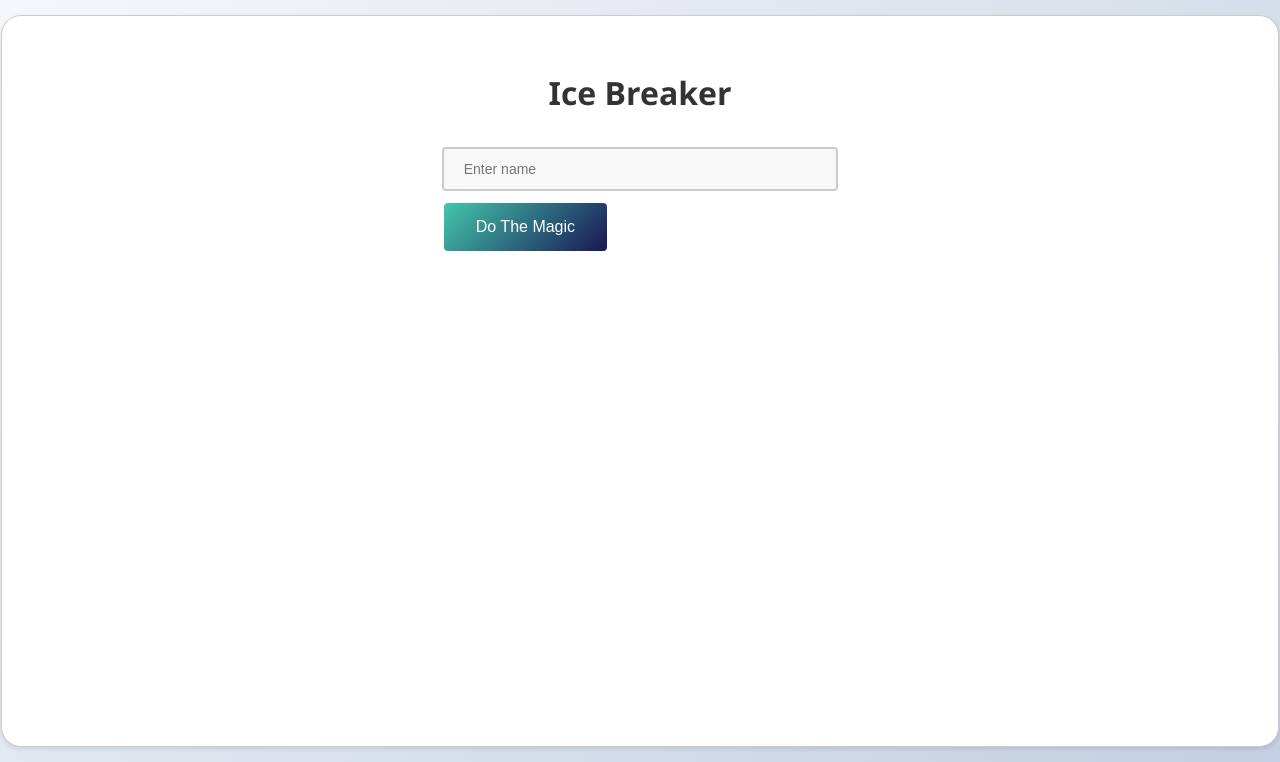
Repository: kunal02kb/Minor-Project-LangCahin
Page: http://localhost/
The author's editor kept a copy of each file at every save. The page is drawn from the files as they stood at one save, then again after the next save.
The browser window is 1280 px wide. The pictures show the whole page.
Some web libraries are served in a nearby version. The page is served by the project's application, run on Flask 3 (app.py). Other server files are loaded and not shown.

Above is the page before, as saved 2023-11-14 22:52:40.

### templates/index.html
<!DOCTYPE html>
<html lang="en">
  <head>
    <meta charset="UTF-8" />
    <meta name="viewport" content="width=device-width, initial-scale=1.0" />
    <link
      rel="stylesheet"
      href="{{ url_for('static', filename='css/style.css') }}"
    />
    <script src="https://code.jquery.com/jquery-3.6.0.min.js"></script>
    <title>Ice Breaker</title>
    <link
      rel="stylesheet"
      href="https://cdnjs.cloudflare.com/ajax/libs/font-awesome/6.1.0/css/all.min.css"
    />
    <div class="spinner-container" id="spinner-container" style="display: none">
      <i id="loading-spinner" class="fas fa-spinner fa-spin"></i>
    </div>
  </head>

  <body>
    <div class="border-box">
      <h1>Ice Breaker</h1>
      <form id="name-form">
        <input type="text" id="name" name="name" placeholder="Enter name" />
        <button id="magic-button" type="submit">Do The Magic</button>
      </form>
      <!-- <div id="result">
        <img src="templates\pic.png" alt="picture" />
        <h2>Summary</h2>
        <p id="summary-and-facts">
          Kunal Bansal is a Ninja Entrepreneur at Coding Ninjas. He is a fast
          learner and always ready for opportunities to test himself and prove
          his worth. He is currently pursuing his Bachelor of Technology in
          Computer Science from Maharaja Agrasen Institute Of Technology in New
          Delhi, India.
        </p>
        <h2>Interesting Facts</h2>
        <div id="interests">
          <ul>
            <li>Kunal Bansal is a 3-star coder on CodeChef.</li>
            <li>He has participated in the 30 Days of Google Cloud program.</li>
          </ul>
        </div>
        <h2>Ice Breakers</h2>
        <div id="ice-breakers">
          <ul>
            <li>
              Hi Kunal, I noticed that you're a Ninja Entrepreneur at Coding
              Ninjas. How has your experience been so far?
            </li>
            <li>
              Hey Kunal, I saw that you're a 3-star coder on CodeChef. That's
              impressive! How did you achieve that?
            </li>
          </ul>
        </div>
        <h2>Topics of Interest</h2>
        <div id="topics-of-interest">
          <ul>
            <li>Coding and programming</li>
            <li>Entrepreneurship</li>
          </ul>
        </div>
      </div> -->
      <!-- <div id="result" style="display: none;">
            <img id="profile-pic" src="" alt="Profile Picture" style="display: none; max-width: 100%; height: auto; border-radius: 50%; margin-bottom: 20px;">
            <h2>Summary</h2>
            <p id="summary-and-facts"></p>
            <h2>Interesting Facts</h2>
            <div id="interests"></div>
            <h2>Ice Breakers</h2>
            <div id="ice-breakers"></div>
            <h2>Topics of Interest</h2>
            <div id="topics-of-interest"></div>
        </div> -->
    </div>
    <script>
      $(document).ready(function () {
        $("#name-form").on("submit", function (e) {
          e.preventDefault();
          $("#spinner-container").show();
          $.ajax({
            url: "/process",
            data: $("#name-form").serialize(),
            type: "POST",
            success: function (response) {
              $("#profile-pic").attr("src", response.picture_url); // Update the profile picture src attribute
              $("#profile-pic").show(); // Show the profile picture
              $("#summary-and-facts").text(response.summary);
              $("#interests").html(
                "<ul>" +
                  response.facts
                    .map((fact) => "<li>" + fact + "</li>")
                    .join("") +
                  "</ul>"
              );
              $("#ice-breakers").html(
                "<ul>" +
                  response.ice_breakers
                    .map((ice_breaker) => "<li>" + ice_breaker + "</li>")
                    .join("") +
                  "</ul>"
              );
              $("#topics-of-interest").html(
                "<ul>" +
                  response.interests
                    .map((topic) => "<li>" + topic + "</li>")
                    .join("") +
                  "</ul>"
              );
              $("#result").show();
            },
            error: function (error) {
              console.log(error);
            },
            complete: function () {
              $("#spinner-container").hide();
            },
          });
        });
      });
    </script>
  </body>
</html>

### app.py
from flask import Flask, render_template, request, jsonify
from ice_breaker import ice_break

app = Flask(__name__)


@app.route("/")
def index():
    return render_template("index.html")


@app.route("/process", methods=["POST"])
def process():
    name = request.form["name"]
    person_info, profile_pic_url = ice_break(name=name)

    # print(person_info.summary)
    # print( person_info.topic_of_interest)
    # print( person_info.facts)
    # print( person_info.ice_breaker)
    # print(profile_pic_url)

    return jsonify(
        {
            "summary": person_info.summary,
            "interests": person_info.topic_of_interest,
            "facts": person_info.facts,
            "ice_breakers": person_info.ice_breaker,
            "picture_url": profile_pic_url,
        }
    )


if __name__ == "__main__":
    app.run(host="0.0.0.0", debug=True)

### static/css/style.css
.navbar {
    transition: all 0.4s;
}

.navbar .nav-link {
    color: #fff;
}

.navbar .nav-link:hover,
.navbar .nav-link:focus {
    color: #fff;
    text-decoration: none;
}

.navbar .navbar-brand {
    color: #fff;
}




body{
    box-sizing: border-box;
    margin: 0;
    padding: 0;
}

body {
    font-family: 'Segoe UI', Tahoma, Geneva, Verdana, sans-serif;
    background-color: #f5f5f5;
    color: #333;
    line-height: 1.6;
    height: auto;
    min-height: 690px;
}

.border-box {
    width: 95%;
    min-height: 670px;
    margin: 15px auto;
    padding: 30px;
    background-color: #ffffff;
    box-shadow: 0 2px 4px rgba(0, 0, 0, 0.1);
    border: 1px solid #ccc;
    border-radius: 20px;
    display: flex;
    flex-direction: column;
    align-items: center;
}

h1 {
    font-size: 32px;
    margin-bottom: 20px;
}

input[type="text"] {
    width: 100%;
    padding: 12px 20px;
    margin: 8px 0;
    box-sizing: border-box;
    border: 2px solid #ccc;
    border-radius: 4px;
    background-color: #f8f8f8;
    font-size: 14px;
}

button {
    background-color: #4caf50;
    border: none;
    color: white;
    padding: 15px 32px;
    text-align: center;
    text-decoration: none;
    display: inline-block;
    font-size: 16px;
    margin: 4px 2px;
    cursor: pointer;
    border-radius: 4px;
    transition: 0.3s;
}

button:hover {
    background-color: #45a049;
}

#result {
    margin-top: 30px;
    width: 100%;
    text-align: center;
}


#loading {
  display: none;
  position: fixed;
  top: 0;
  right: 0;
  bottom: 0;
  left: 0;
  z-index: 999;
  background-color: rgba(255, 255, 255, 0.8);
}

.loader {
  position: absolute;
  top: 50%;
  left: 50%;
  transform: translate(-50%, -50%);
  border: 8px solid #f3f3f3;
  border-top: 8px solid #3498db;
  border-radius: 50%;
  width: 50px;
  height: 50px;
  animation: spin 2s linear infinite;
}

p {
    font-size: 18px;
    margin-bottom: 10px;
}

h2 {
    font-size: 24px;
    margin-bottom: 10px;
    margin-top: 20px;
}


/* style.css */

/* Add or update this in your style.css file */

body {
    font-family: 'Segoe UI', Tahoma, Geneva, Verdana, sans-serif;
    background-color: #f5f5f5;
    color: #333;
    line-height: 1.6;
    background-image: linear-gradient(135deg, #f5f7fa 0%, #c3cfe2 100%);
}

.spinner-container {
    position: fixed;
    display: flex;
    align-items: center;
    justify-content: center;
    top: 0;
    right: 0;
    bottom: 0;
    left: 0;
    z-index: 999;
}

#loading-spinner {
    font-size: 48px;
}

button {
    background-color: #4caf50;
    background-image: linear-gradient(135deg, #43c6ac 0%, #191654 100%);
    border: none;
    color: white;
    padding: 15px 32px;
    text-align: center;
    text-decoration: none;
    display: inline-block;
    font-size: 16px;
    margin: 4px 2px;
    cursor: pointer;
    border-radius: 4px;
    transition: 0.3s;
}

After the next save:
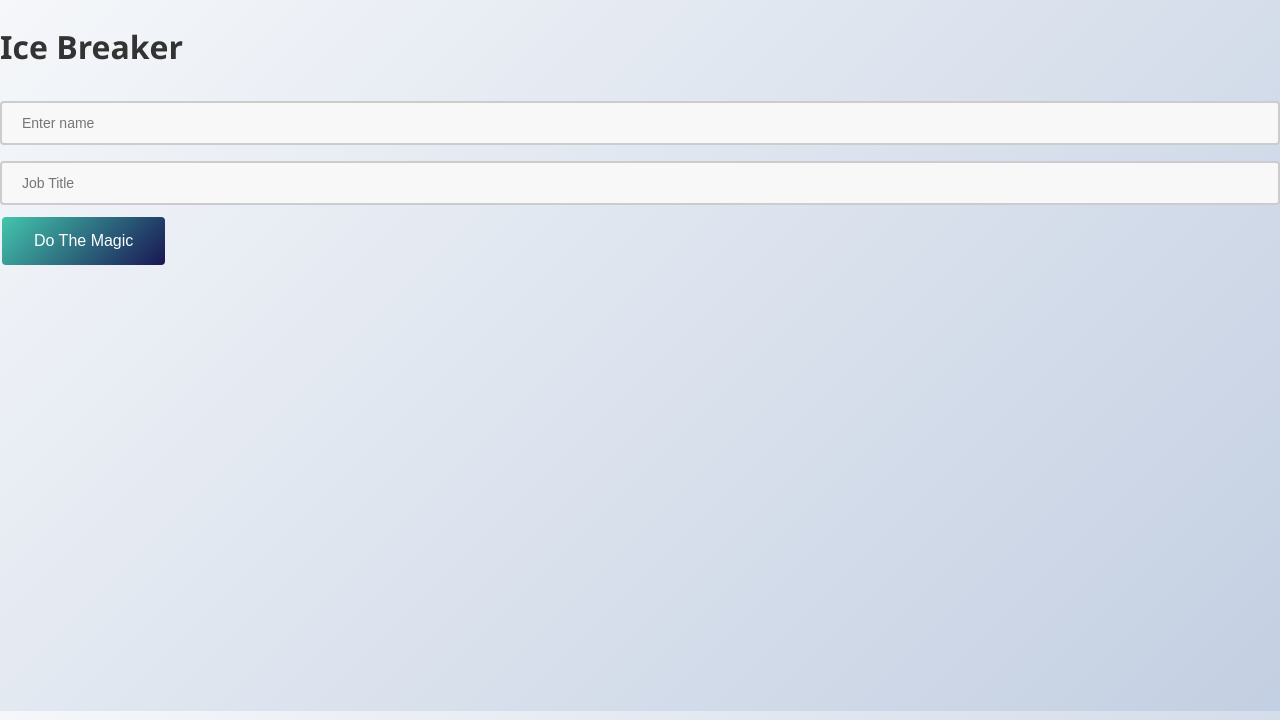
Saved 3 min 9 s later.
--- a/templates/index.html
+++ b/templates/index.html
@@ -17,63 +17,41 @@
       <i id="loading-spinner" class="fas fa-spinner fa-spin"></i>
     </div>
   </head>
-
   <body>
-    <div class="border-box">
+    <div class="container">
       <h1>Ice Breaker</h1>
       <form id="name-form">
         <input type="text" id="name" name="name" placeholder="Enter name" />
+        <input
+          type="text"
+          id="job_description"
+          name="job_description"
+          placeholder="Job Title"
+        />
         <button id="magic-button" type="submit">Do The Magic</button>
       </form>
-      <!-- <div id="result">
-        <img src="templates\pic.png" alt="picture" />
+      <div id="result" style="display: none">
+        <img
+          id="profile-pic"
+          src=""
+          alt="Profile Picture"
+          style="
+            display: none;
+            max-width: 100%;
+            height: auto;
+            border-radius: 50%;
+            margin-bottom: 20px;
+          "
+        />
         <h2>Summary</h2>
-        <p id="summary-and-facts">
-          Kunal Bansal is a Ninja Entrepreneur at Coding Ninjas. He is a fast
-          learner and always ready for opportunities to test himself and prove
-          his worth. He is currently pursuing his Bachelor of Technology in
-          Computer Science from Maharaja Agrasen Institute Of Technology in New
-          Delhi, India.
-        </p>
+        <p id="summary-and-facts"></p>
         <h2>Interesting Facts</h2>
-        <div id="interests">
-          <ul>
-            <li>Kunal Bansal is a 3-star coder on CodeChef.</li>
-            <li>He has participated in the 30 Days of Google Cloud program.</li>
-          </ul>
-        </div>
+        <div id="interests"></div>
         <h2>Ice Breakers</h2>
-        <div id="ice-breakers">
-          <ul>
-            <li>
-              Hi Kunal, I noticed that you're a Ninja Entrepreneur at Coding
-              Ninjas. How has your experience been so far?
-            </li>
-            <li>
-              Hey Kunal, I saw that you're a 3-star coder on CodeChef. That's
-              impressive! How did you achieve that?
-            </li>
-          </ul>
-        </div>
+        <div id="ice-breakers"></div>
         <h2>Topics of Interest</h2>
-        <div id="topics-of-interest">
-          <ul>
-            <li>Coding and programming</li>
-            <li>Entrepreneurship</li>
-          </ul>
-        </div>
-      </div> -->
-      <!-- <div id="result" style="display: none;">
-            <img id="profile-pic" src="" alt="Profile Picture" style="display: none; max-width: 100%; height: auto; border-radius: 50%; margin-bottom: 20px;">
-            <h2>Summary</h2>
-            <p id="summary-and-facts"></p>
-            <h2>Interesting Facts</h2>
-            <div id="interests"></div>
-            <h2>Ice Breakers</h2>
-            <div id="ice-breakers"></div>
-            <h2>Topics of Interest</h2>
-            <div id="topics-of-interest"></div>
-        </div> -->
+        <div id="topics-of-interest"></div>
+      </div>
     </div>
     <script>
       $(document).ready(function () {
